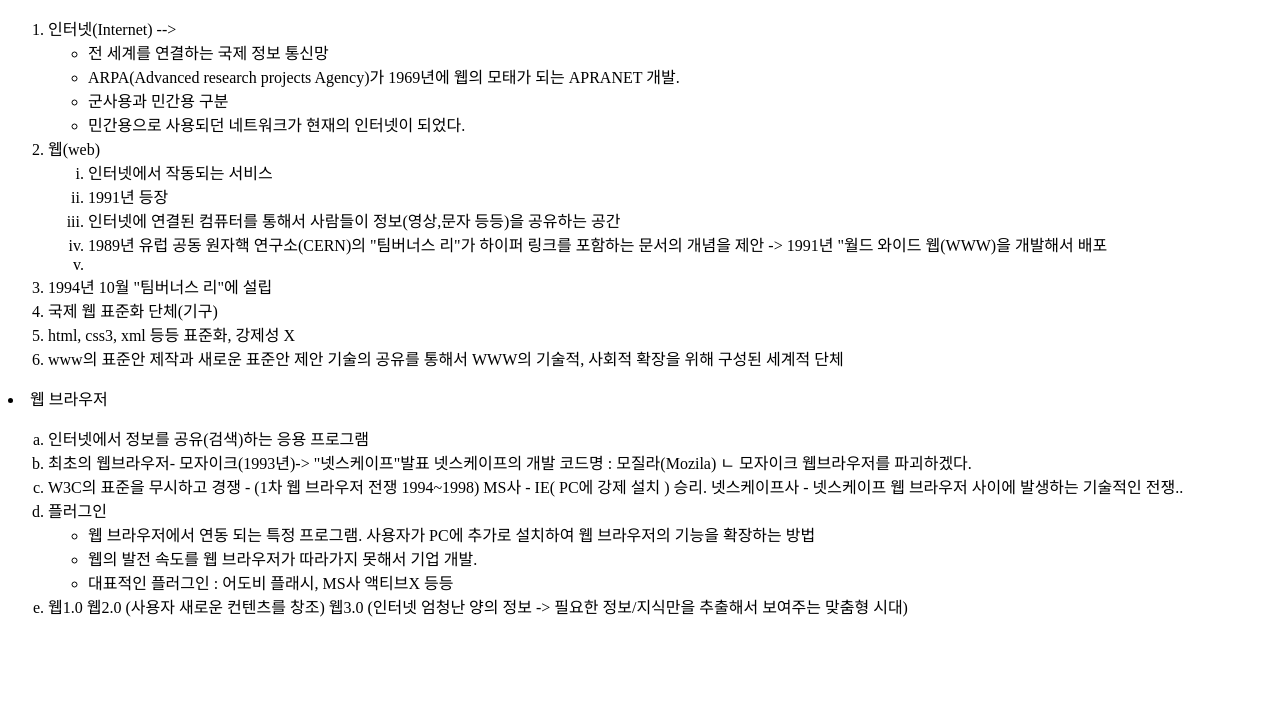
Repository: donggri1/WORKSPACE
Page: WebClass/webPro/src/main/webapp/html/days01/Ex01.html
The author's editor kept a copy of each file at every save. The page is drawn from the files as they stood at one save, then again after the next save.
The browser window is 1280 px wide. The pictures show the whole page.

Above is the page before, as saved 2024-03-22 07:21:37.

After the next save:
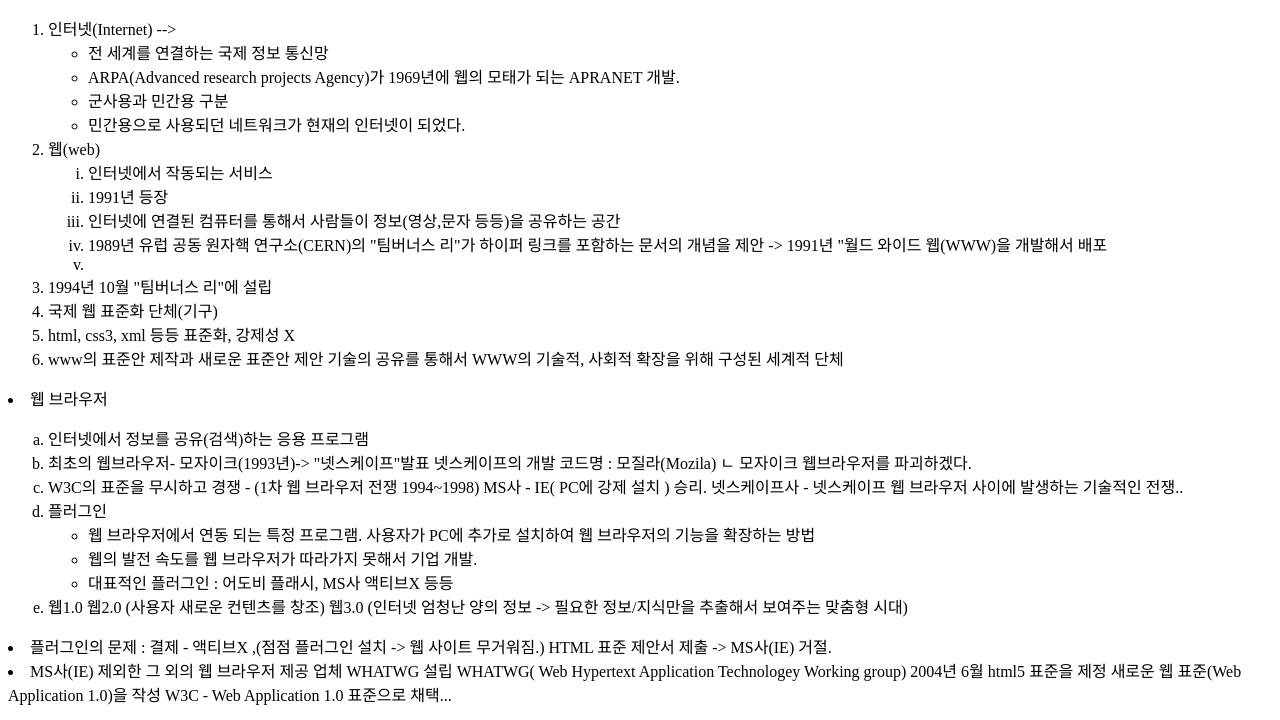
Saved 6 min 53 s later.
--- a/WebClass/webPro/src/main/webapp/html/days01/Ex01.html
+++ b/WebClass/webPro/src/main/webapp/html/days01/Ex01.html
@@ -67,5 +67,15 @@
  		</li>
  		</ol>
  	</li>
+ 	<li>플러그인의 문제 : 결제 - 액티브X
+ 	,(점점 플러그인 설치 -> 웹 사이트 무거워짐.)
+ 	HTML 표준 제안서 제출 -> MS사(IE) 거절.
+ 	</li>
+ 	<li>MS사(IE) 제외한 그 외의 웹 브라우저 제공 업체 WHATWG 설립
+ 		WHATWG( Web Hypertext Application Technologey Working group)
+ 		2004년 6월 html5 표준을 제정
+ 		새로운 웹 표준(Web Application 1.0)을 작성
+ 		W3C - Web Application 1.0 표준으로 채택...
+ 	</li>
 </body>
 </html>
